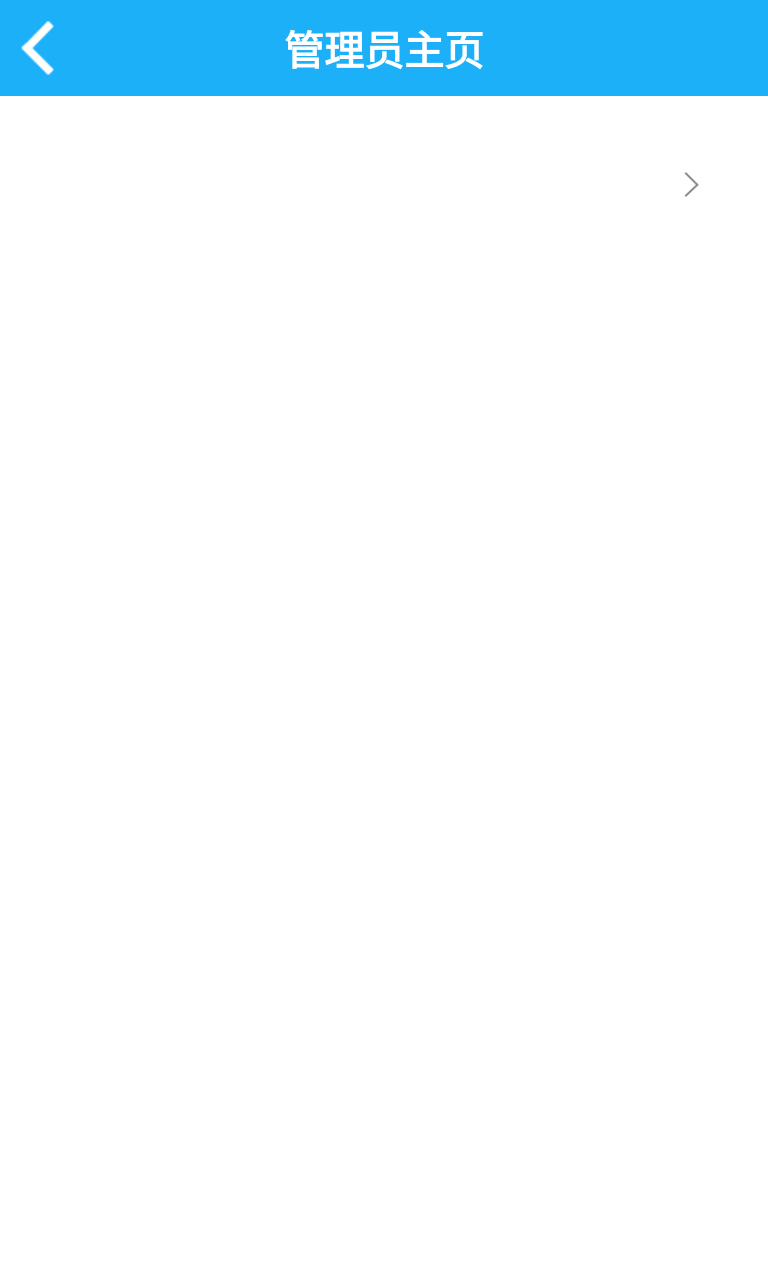
Repository: 15862175370/MyProject
Layout: 毕业设计系统源码_李伟/client/TeachSystem/res/layout/administrator_center.xml
These files come from the project's save history. The layout is drawn as it stood at one moment and after the next save; the edit follows.
It is drawn on a 768 x 1280 px phone screen (xhdpi) without system bars, with theme AppTheme; the app's code is not run.

Above is the layout before, as saved 2016-05-20 07:46:58.

After the next save:
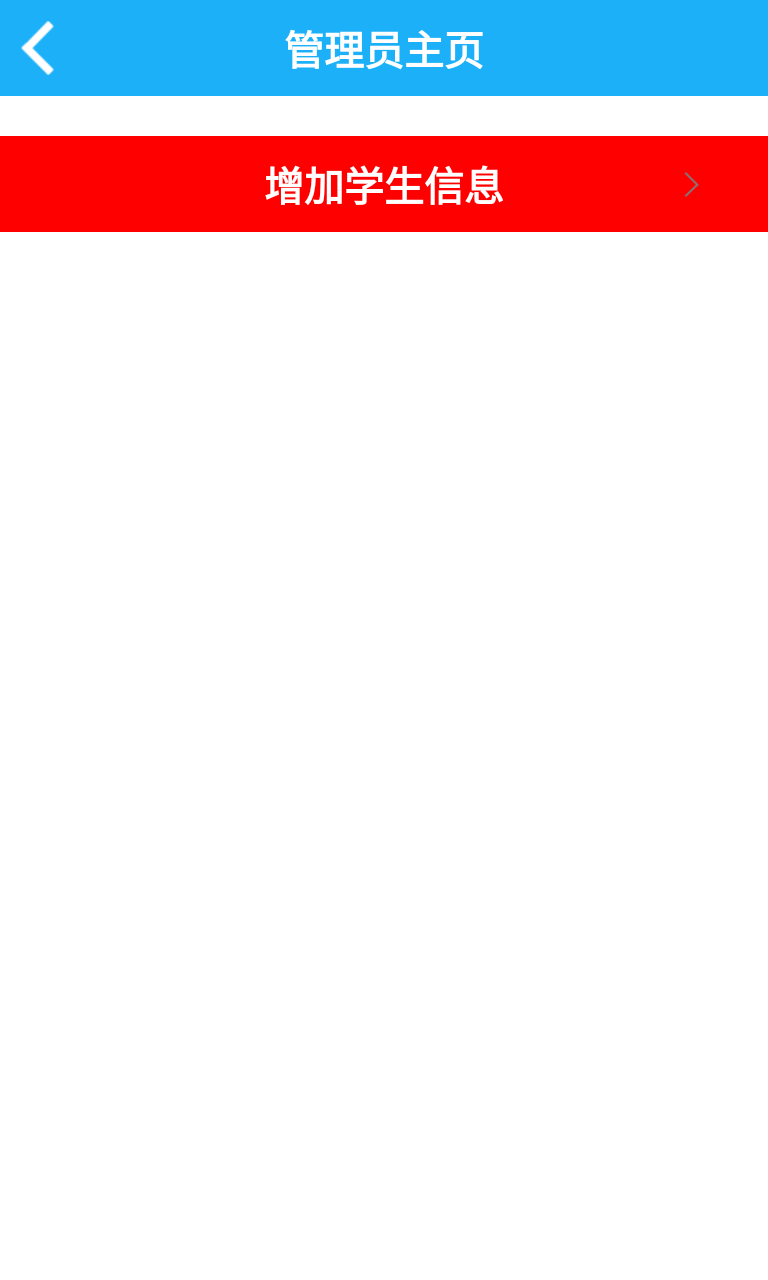
Saved 13 s later.
--- a/毕业设计系统源码_李伟/client/TeachSystem/res/layout/administrator_center.xml
+++ b/毕业设计系统源码_李伟/client/TeachSystem/res/layout/administrator_center.xml
@@ -47,7 +47,7 @@
         android:id="@+id/select"
         android:layout_width="match_parent"
         android:layout_height="48dp"
-        android:background="ff0000" >
+        android:background="#ff0000" >
 
         <RelativeLayout
             android:id="@+id/se"

After the save that followed:
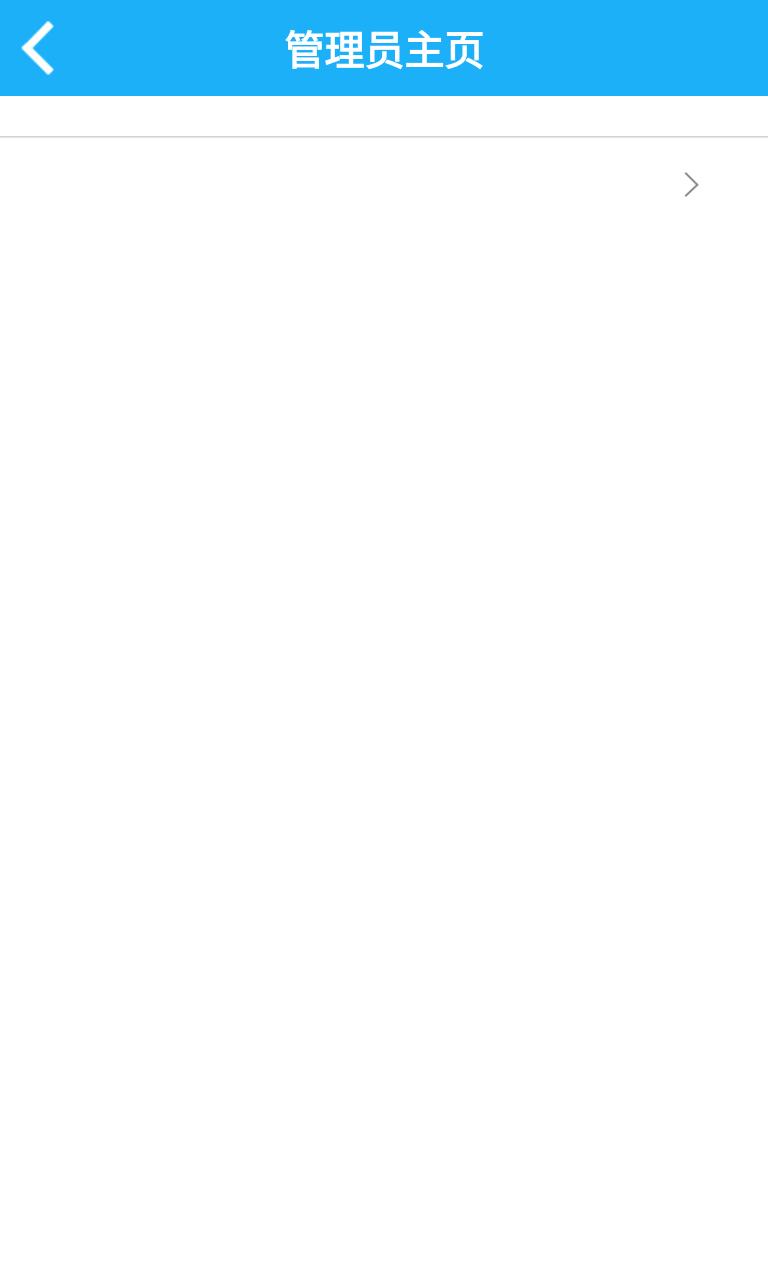
Saved 84 s later.
--- a/毕业设计系统源码_李伟/client/TeachSystem/res/layout/administrator_center.xml
+++ b/毕业设计系统源码_李伟/client/TeachSystem/res/layout/administrator_center.xml
@@ -47,7 +47,7 @@
         android:id="@+id/select"
         android:layout_width="match_parent"
         android:layout_height="48dp"
-        android:background="#ff0000" >
+       android:background="@drawable/username" >
 
         <RelativeLayout
             android:id="@+id/se"
